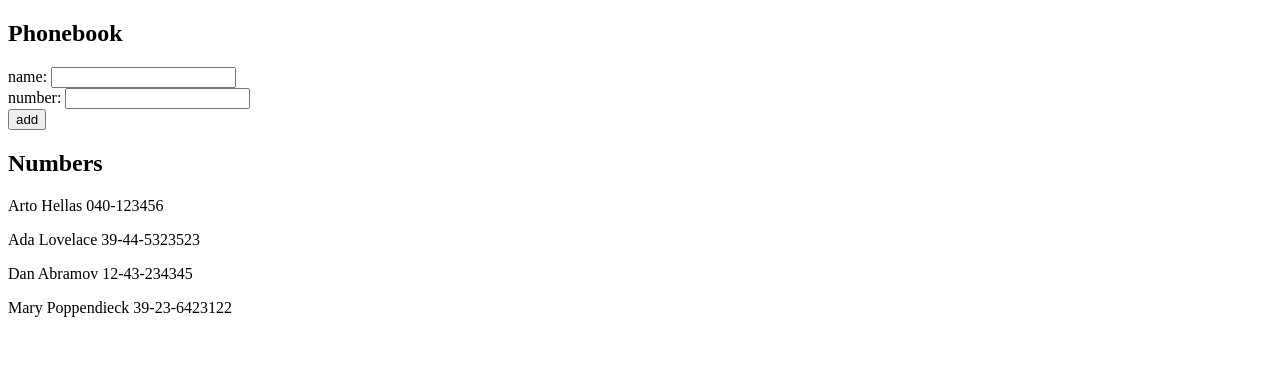
Repository: mariocapitbrok/helsinki-fullstack
Page: / (app in part2/phonebook/)
An editor plug-in stored every save of this project. The page is shown before and after the next save, followed by the edit.
The browser window is 1280 px wide. The pictures show the whole page.
The project was rebuilt for these pictures with package versions that can differ from the ones it lists, and the page was loaded fresh each time.

Above is the page before, as saved 2022-01-12 11:57:29.

After the next save:
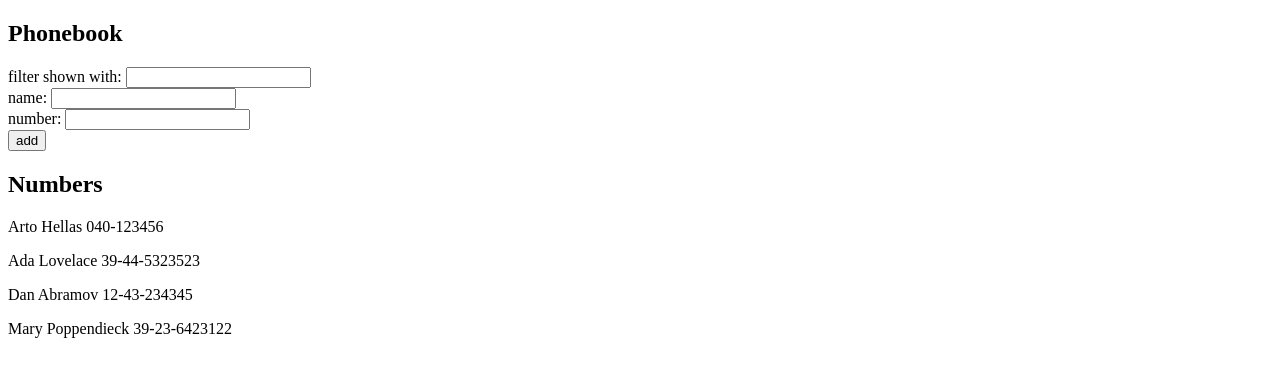
Saved 64 s later.
--- a/part2/phonebook/src/App.js
+++ b/part2/phonebook/src/App.js
@@ -35,6 +35,9 @@ const App = () => {
   return (
     <div>
       <h2>Phonebook</h2>
+      <div>
+        filter shown with: <input />
+      </div>
       <form onSubmit={handleSubmit}>
         <div>
           name:{' '}
